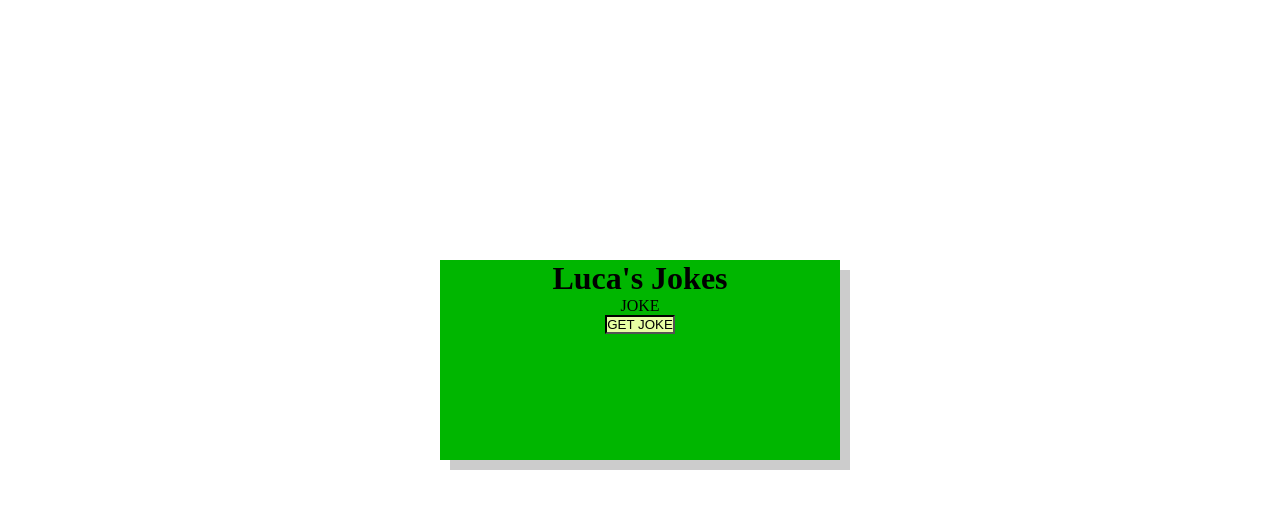
Repository: SerbanLuca/ChuckNorrisJokes-app
Page: /
These files come from the project's save history. The page is drawn as it stood at one moment and after the next save; the edit follows.
The browser window is 1280 px wide. The pictures show the whole page.
The first visible `.container button` is being pressed.
The project was rebuilt for these pictures with package versions that can differ from the ones it lists, and the page was loaded fresh each time.

Above is the page before, as saved 2021-04-07 13:51:30.

After the next save:
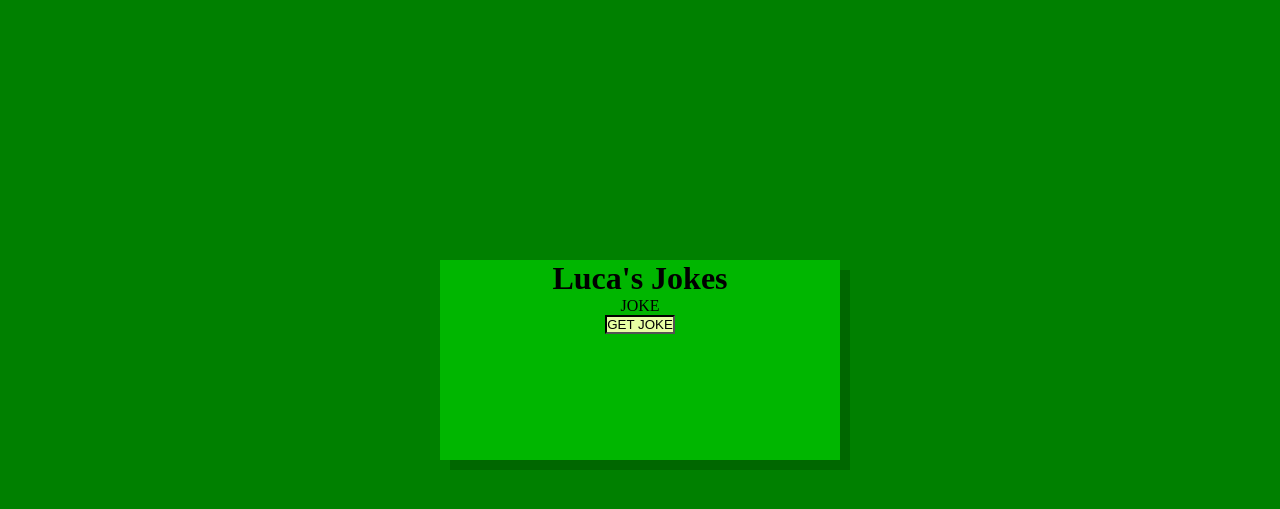
Saved 5 s later.
--- a/src/App.css
+++ b/src/App.css
@@ -30,6 +30,9 @@
 }
 
 .container button:active
+{
+
+}
 
 body
 {
